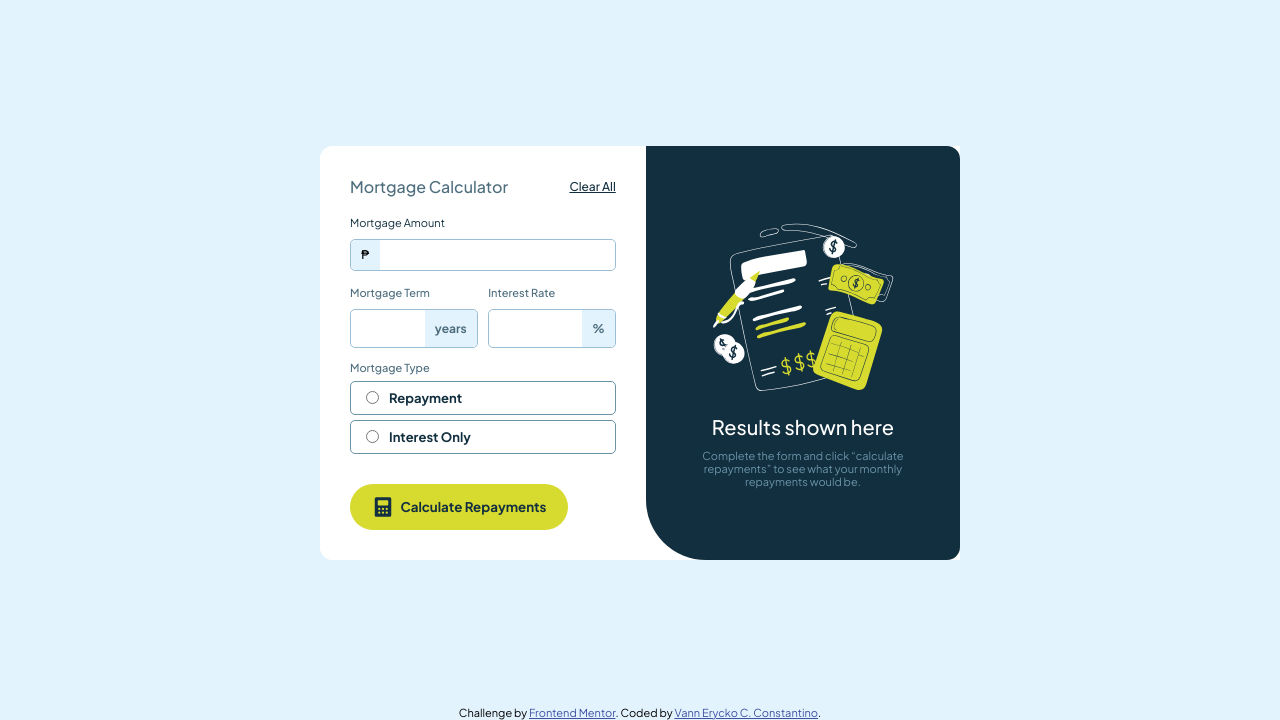
Repository: kocokoy/mortgage-repayment-calculator
Page: index.html
An editor plug-in stored every save of this project. The page is shown before and after the next save, followed by the edit.
The browser window is 1280 px wide. The pictures show the whole page.

Above is the page before, as saved 2024-10-30 10:54:30.

After the next save:
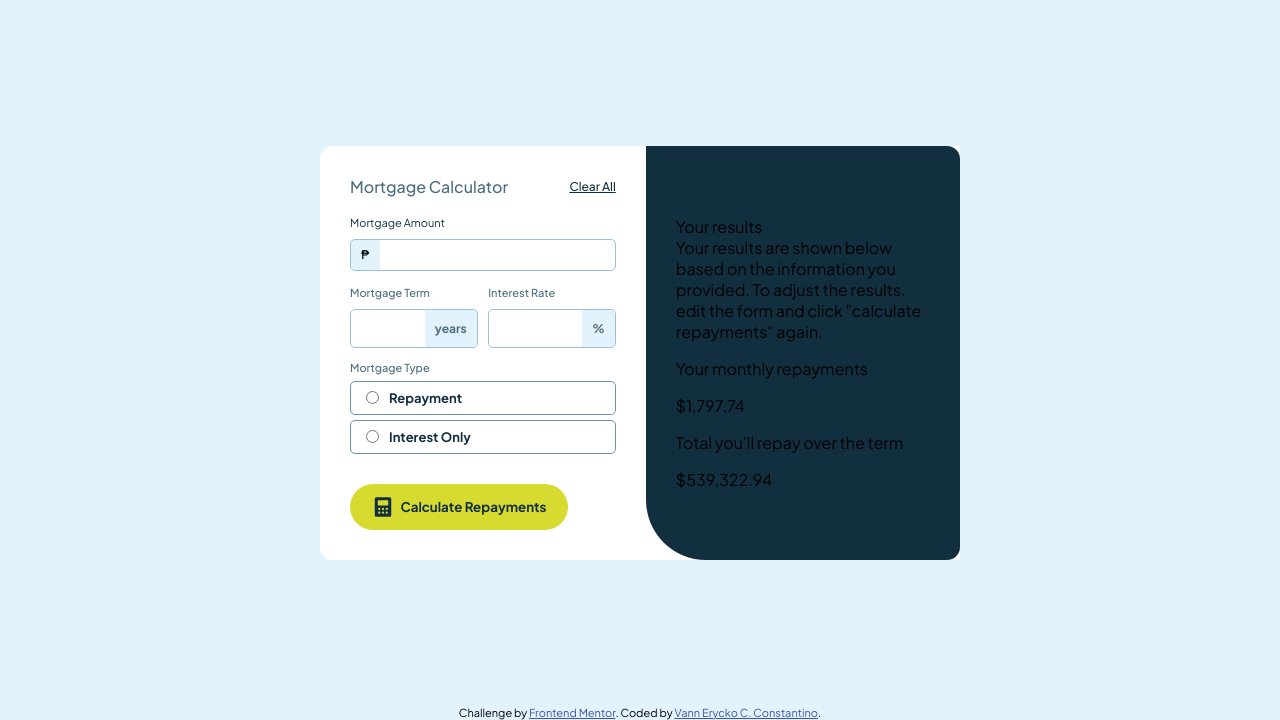
Saved 2 h 39 min later.
--- a/index.html
+++ b/index.html
@@ -73,13 +73,31 @@
         </div>
       </div>
       <div class="result-side">
-        <div class="result-empty">
+        <!-- <div class="result-empty">
           <div>
             <img src="/assets/images/illustration-empty.svg" alt="">
           </div>
           <div class="result-side-title">Results shown here</div>
           <div class="result-side-text">  Complete the form and click “calculate repayments” to see what
             your monthly repayments would be.</div>
+        </div> -->
+        <div class="result-populate">
+          <div>
+            Your results
+          </div>
+          <div>Your results are shown below based on the information you provided.
+            To adjust the results. edit the form and click "calculate repayments" again.
+          </div>
+          <div>
+            <div>
+              <p>Your monthly repayments</p>
+              <div>$1,797.74</div>
+            </div>
+            <div>
+              <p>Total you'll repay over the term</p>
+              <div>$539,322.94</div>
+            </div>
+          </div>
         </div>
       </div>
     </div>
